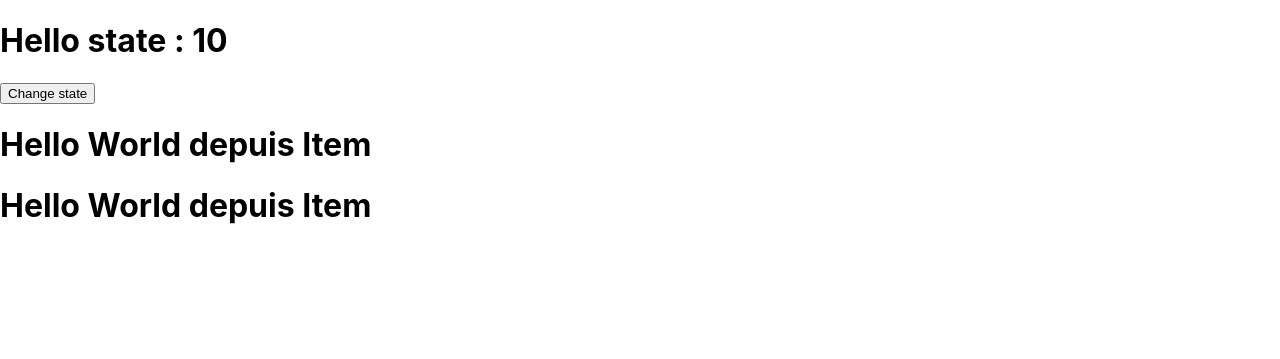
Repository: Michelhof1978/react
Page: / (app in application-react/)
The author's editor kept a copy of each file at every save. The page is drawn from the files as they stood at one save, then again after the next save.
The browser window is 1280 px wide. The pictures show the whole page.
The project was rebuilt for these pictures with package versions that can differ from the ones it lists, and the page was loaded fresh each time.

Above is the page before, as saved 2023-05-14 09:25:33.

### application-react/src/index.js
//Ce fichier sert à retourner notre application dans la div root de index.html

import React from 'react';
import ReactDOM from 'react-dom/client';
import './index.css';
import App from './App';
import reportWebVitals from './reportWebVitals';

const root = ReactDOM.createRoot(document.getElementById('root'));
root.render(
  <React.StrictMode>
    <App />
  </React.StrictMode>
);


reportWebVitals();

### application-react/src/App.js
//COMPOSANT
//Le state sont les données des composants
//Pas besoins d importer React seul, on import uniquement les méthode utilisés comme useSatte par exemple
import Item from './Item'
import {useState} from 'react'//On importe useState de la librairie react pour pourvoir stocker et utiliser  des données

function App() {//Cette fonction est un composant

  // console.log(useState());
// --------------------
  const [monState, setMonState] = useState(10);//setMonState , c'est ce qui est retourné de useState dont la valeur de 10/ On appelle cela du destructuring, ici on crée une constante entre crochets à partir de ce que retourne useState en tableau monState à l index 0 et setMonState à l'index 1, à noter que les 2 index du tableau, on peut les nommer comme on veut, juste mettre set pour indiquer un changement ou une mise en place
    // console.log(monState);
    //Si on mets entre la parenthèses monState, il retournera 10 mais si on mets setMonState, il retournera une fonction
    // Ce code utilise React pour créer une variable d'état (state) appelée "monState" avec une valeur initiale de 10.
    //  La fonction `useState` est une fonction de crochet (hook) fournie par React qui permet de gérer l'état dans
    //  les composants fonctionnels. Lorsque vous appelez `useState(10)`, la fonction `useState` retourne un tableau
    //  avec deux éléments. Le premier élément, "monState", est la variable qui représente l'état et qui contient la
    //   valeur actuelle. Le deuxième élément, "setMonState", est une fonction qui permet de mettre à jour la valeur
    //   de l'état.En utilisant la syntaxe de décomposition (destructuring) de JavaScript, la première ligne extrait
    //    les deux éléments du tableau retourné par `useState` et les assigne aux variables correspondantes.
    // Ensuite, la ligne suivante affiche la fonction `setMonState` dans la console. Cette fonction est utilisée pour
    // modifier la valeur de "monState" ultérieurement.En résumé, ce code initialise une variable d'état "monState"
    //  avec une valeur de départ de 10 et extrait la fonction "setMonState" qui permet de mettre à jour cette valeur.
    //   La ligne suivante affiche cette fonction dans la console.
// ----------------------
    const modifyState = () => {  //On crée la fonction pour l'événement oneClick du bouton ci dessous

      setMonState(20);//Permet de modifier le contenu, en modifiant la valeur à 20 au lieu de 10

    }//Le composant va se mettre à jour lors du clic et passera de 10 à 20

    return (

      <div className="App">  {/* Ce n est pas du html mais du jsx, ici on ne mets pas class mais className pour du jsx*/}

      <h1>Hello state : {monState} </h1> {/*on affiche les données du state ds le conposant App*/}

      <button onClick={modifyState}>Change state</button> {/*On ajoute un événement au bouton, par contre en jsx, on rajoute on suivi de la majuscule, entre les accolades, on attents une fonction ici modifyState

      <p>Lorem, ipsum dolor sit amet consectetur adipisicing elit. Distinctio at pariatur ab nulla, </p>

      <Item txt={"Hello word depuis Item"} />  {/*On récupére le composant Item de Item.js */}
      <Item number={monState} />{/*On peut nommer les Items comme on veut*/}
      <Item txt={"Hello word Italie"} />{/*On peut afficher plusieurs messages avec le même composant*/}

    </div>
  );

  //AUTRE FACON DE FAIRE LE CODE CI DESSUS MAIS BEAUCOUP MOINS COMPREHENSIBLE CE N EST PAS DU JSX MAIS DU JS
  // return React.createElement(
  //   'div',
  //   {className: 'App'},
  //   React.createElement('h1', null,
  //   'Hello')
  // )
}

export default App;

### application-react/src/Item.js
//Creation d un composant, lors de la création du fichier, on mets une majuscule au debut du nom de fichier par convention
function Item(){
    return <h1>Hello World depuis Item</h1>//Pas besoins de mettre des paranthèses pour return quand il y a qu'un seul élément

}

export default Item; //Toujours exporter le composant et on va par la suite l importer ds App.js

Loaded but not shown: application-react/public/index.html (common file); application-react/src/index.css (common file); application-react/src/reportWebVitals.js (common file)

After the next save:
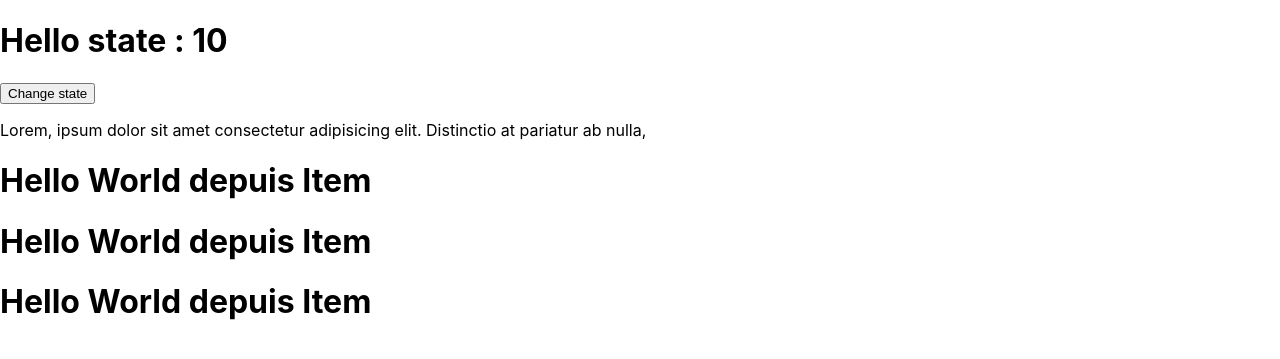
Saved 15 s later.
--- a/application-react/src/App.js
+++ b/application-react/src/App.js
@@ -35,7 +35,7 @@ function App() {//Cette fonction est un composant
 
       <h1>Hello state : {monState} </h1> {/*on affiche les données du state ds le conposant App*/}
 
-      <button onClick={modifyState}>Change state</button> {/*On ajoute un événement au bouton, par contre en jsx, on rajoute on suivi de la majuscule, entre les accolades, on attents une fonction ici modifyState
+      <button onClick={modifyState}>Change state</button> {/*On ajoute un événement au bouton, par contre en jsx, on rajoute on suivi de la majuscule, entre les accolades, on attents une fonction ici modifyState*/}
 
       <p>Lorem, ipsum dolor sit amet consectetur adipisicing elit. Distinctio at pariatur ab nulla, </p>
 
